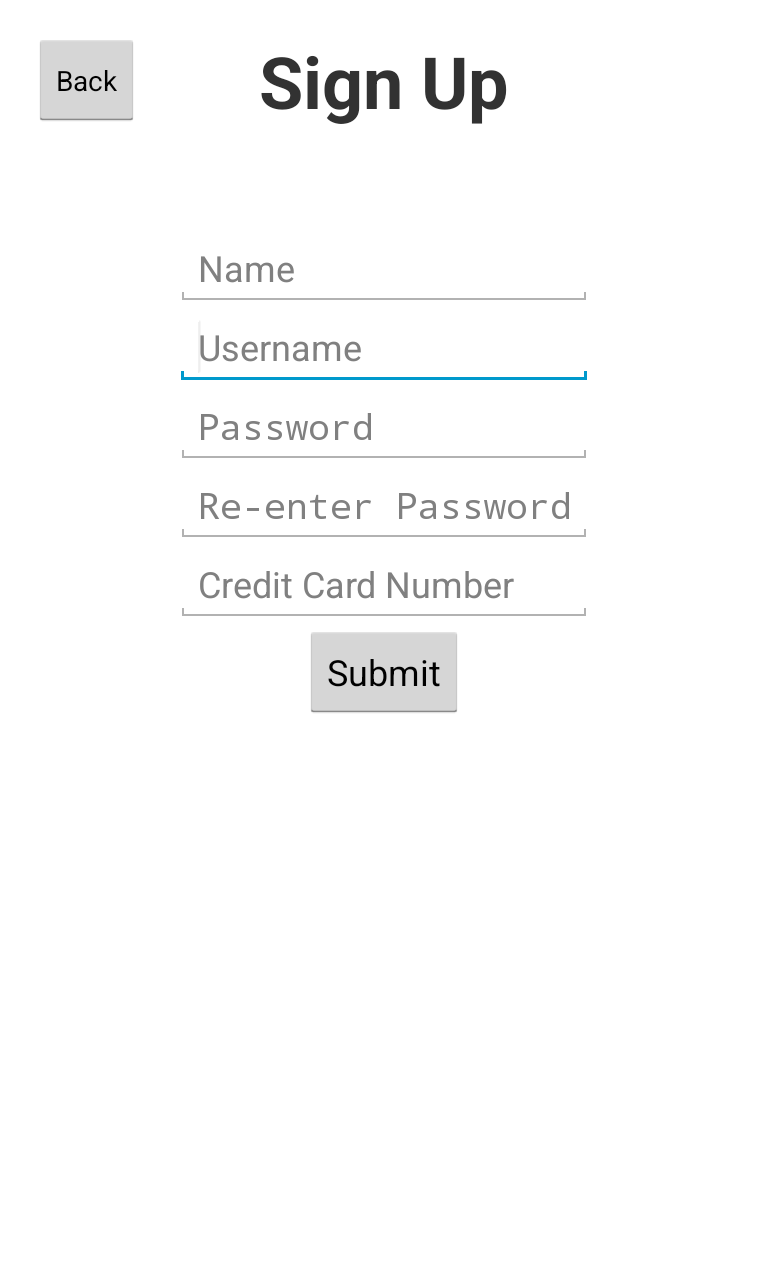
Repository: PotatoBiscuit/Thirstbuster
Layout: MobApp/workspace/DrinkAndGo/res/layout/activity_sign_up.xml
The author's editor kept a copy of each file at every save. The layout is drawn from the files as they stood at one save, then again after the next save.
It is drawn on a 768 x 1280 px phone screen (xhdpi) without system bars, with theme AppTheme; the app's code is not run.

Above is the layout before, as saved 2016-04-17 10:51:11.

### MobApp/workspace/DrinkAndGo/res/layout/activity_sign_up.xml
<LinearLayout xmlns:android="http://schemas.android.com/apk/res/android"
    xmlns:tools="http://schemas.android.com/tools"
    android:layout_width="match_parent"
    android:layout_height="match_parent"
    android:gravity="center_horizontal"
    android:orientation="vertical"
    android:paddingBottom="@dimen/activity_vertical_margin"
    android:paddingLeft="@dimen/activity_horizontal_margin"
    android:paddingRight="@dimen/activity_horizontal_margin"
    android:paddingTop="@dimen/activity_vertical_margin"
    tools:context="com.CS477.drinkandgo.activities.SignUpActivity" >

    <RelativeLayout
        android:layout_width="match_parent"
        android:layout_height="wrap_content" >

        <TextView
            android:layout_width="wrap_content"
            android:layout_height="wrap_content"
            android:layout_centerInParent="true"
            android:text="@string/sign_up"
            android:textSize="@dimen/title_size"
            android:textStyle="bold" />

        <Button
            android:id="@+id/backButton"
            style="?android:attr/buttonStyleSmall"
            android:layout_width="wrap_content"
            android:layout_height="wrap_content"
            android:layout_alignParentLeft="true"
            android:layout_alignParentTop="true"
            android:text="@string/back"
            android:onClick="goBack" />

    </RelativeLayout>

    <ScrollView
        android:layout_width="fill_parent"
        android:layout_height="wrap_content">

	    <LinearLayout
	        android:layout_width="match_parent"
	        android:layout_height="wrap_content"
	        android:gravity="center_horizontal"
	        android:orientation="vertical"
	        android:padding="@dimen/title_margin" >

	        <EditText
	            android:id="@+id/name_view"
	            android:layout_width="wrap_content"
	            android:layout_height="wrap_content"
	            android:ems="10"
	            android:hint="@string/name"
	            android:inputType="textPersonName" />

	        <EditText
	            android:id="@+id/username_view"
	            android:layout_width="wrap_content"
	            android:layout_height="wrap_content"
	            android:ems="10"
	            android:hint="@string/username"
	            android:inputType="textPersonName" >

	            <requestFocus />
	        </EditText>

	        <EditText
	            android:id="@+id/password_view"
	            android:layout_width="wrap_content"
	            android:layout_height="wrap_content"
	            android:ems="10"
	            android:hint="@string/password"
	            android:inputType="textPassword" />

	        <EditText
	            android:id="@+id/password_view2"
	            android:layout_width="wrap_content"
	            android:layout_height="wrap_content"
	            android:ems="10"
	            android:hint="@string/confirm_password"
	            android:inputType="textPassword" />

	        <EditText
	            android:id="@+id/card_number_view"
	            android:layout_width="wrap_content"
	            android:layout_height="wrap_content"
	            android:ems="10"
	            android:hint="@string/card_number"
	            android:inputType="number" />

	        <Button
	            android:id="@+id/submit_button"
	            android:layout_width="wrap_content"
	            android:layout_height="wrap_content"
	            android:text="@string/submit"
	            android:onClick="performSignUp" />

	    </LinearLayout>
	</ScrollView>

</LinearLayout>

### MobApp/workspace/DrinkAndGo/res/values/dimens.xml
<resources>

    <!-- Default screen margins, per the Android Design guidelines. -->
    <dimen name="activity_horizontal_margin">16dp</dimen>
    <dimen name="activity_vertical_margin">16dp</dimen>
    <dimen name="title_size">72px</dimen>
    <dimen name="button_margin">10dp</dimen>
    <dimen name="title_margin">50dp</dimen>
    <dimen name="title_size2">25dp</dimen>

</resources>

### MobApp/workspace/DrinkAndGo/res/values/strings.xml
<?xml version="1.0" encoding="utf-8"?>
<resources>

    <string name="app_name">DrinkAndGo</string>
    <string name="sign_in">Sign In</string>
    <string name="sign_up">Sign Up</string>
    <string name="title_activity_sign_in">SignInActivity</string>
    <string name="hello_world">Hello world!</string>
    <string name="action_settings">Settings</string>
    <string name="title_activity_sign_up">SignUpActivity</string>
    <string name="username">Username</string>
    <string name="password">Password</string>
    <string name="submit">Submit</string>
    <string name="title_activity_venue_search">VenueSearchActivity</string>
    <string name="name">Name</string>
    <string name="confirm_password">Re-enter Password</string>
    <string name="card_number">Credit Card Number</string>
    <string name="password_error">Passwords do not match!</string>
    <string name="input_error">All fields must be filled!</string>
    <string name="username_error">Username or password is incorrect!</string>
    <string name="username_not_unique">Username is already taken!</string>
    <string name="search_venue">Search Venue</string>
    <string name="search">Search</string>
    <string name="select">Select</string>
    <string name="title_activity_menu">MenuActivity</string>
    <string name="back">Back</string>
    <string name="cart">Cart</string>
    <string name="title_activity_cart">CartActivity</string>
    <string name="order">Order</string>

</resources>

Loaded but not shown: MobApp/workspace/DrinkAndGo/res/values/styles.xml (common file); MobApp/workspace/DrinkAndGo/res/values-v11/styles.xml (common file); MobApp/workspace/DrinkAndGo/res/values-v14/styles.xml (common file); MobApp/workspace/DrinkAndGo/res/values-w820dp/dimens.xml (common file)

After the next save:
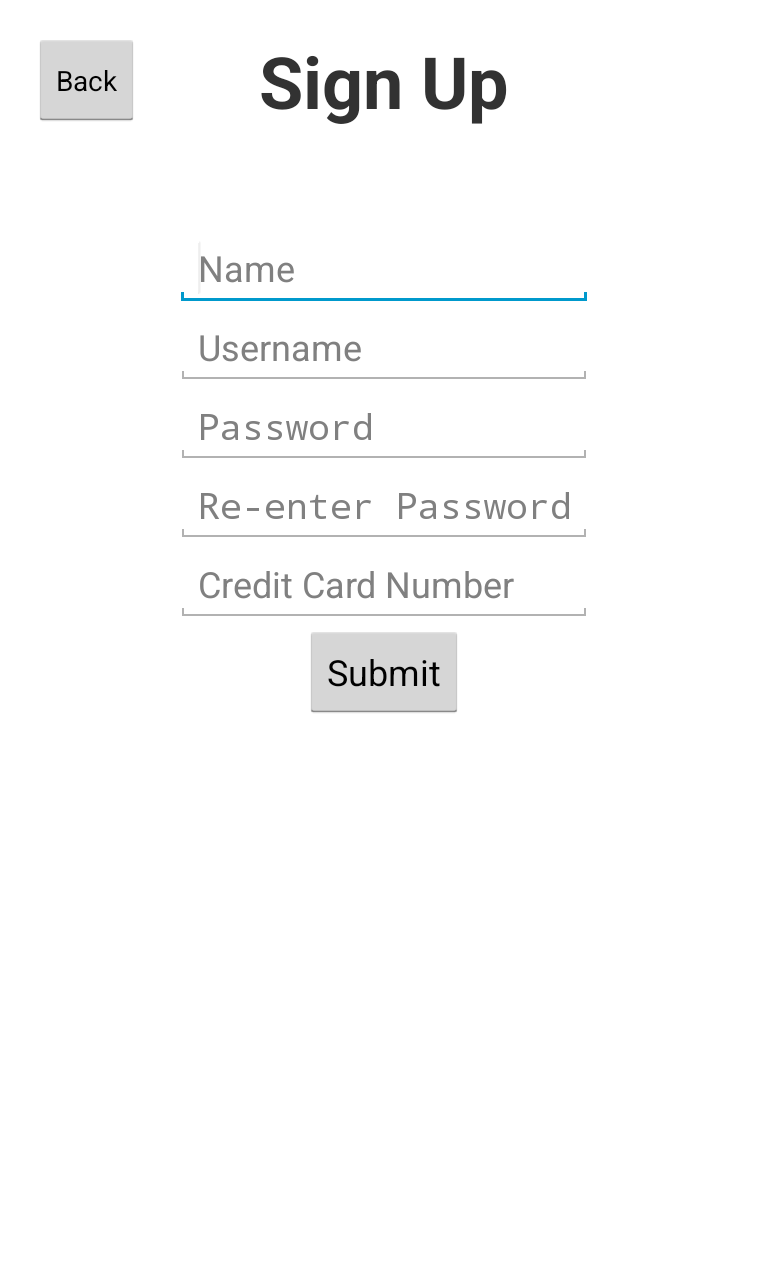
Saved 12 min 44 s later.
--- a/MobApp/workspace/DrinkAndGo/res/layout/activity_sign_up.xml
+++ b/MobApp/workspace/DrinkAndGo/res/layout/activity_sign_up.xml
@@ -51,7 +51,9 @@
 	            android:layout_height="wrap_content"
 	            android:ems="10"
 	            android:hint="@string/name"
-	            android:inputType="textPersonName" />
+	            android:inputType="textPersonName" >
+	            <requestFocus />
+	        </EditText>
 
 	        <EditText
 	            android:id="@+id/username_view"
@@ -60,8 +62,6 @@
 	            android:ems="10"
 	            android:hint="@string/username"
 	            android:inputType="textPersonName" >
-
-	            <requestFocus />
 	        </EditText>
 
 	        <EditText
